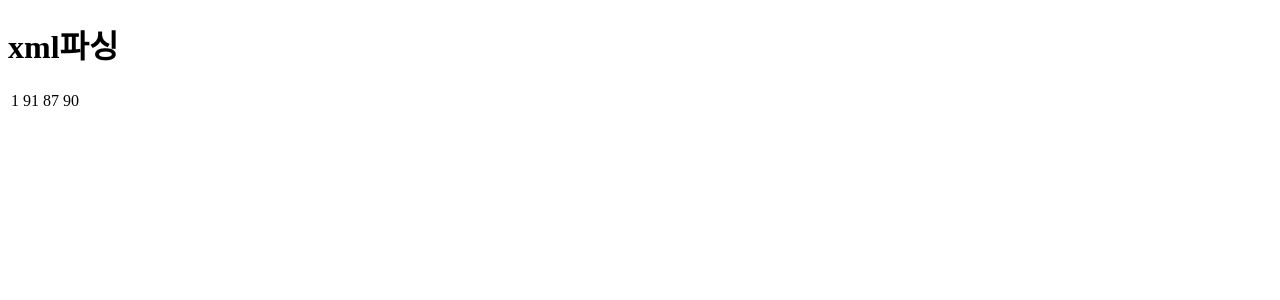
Repository: 2ket/workspace2
Page: web13/WebContent/ex01.html
These files come from the project's save history. The page is drawn as it stood at one moment and after the next save; the edit follows.
The browser window is 1280 px wide. The pictures show the whole page.

Above is the page before, as saved 2019-06-07 10:56:10.
Console error: TypeError: Cannot read properties of null (reading 'children')

After the next save:
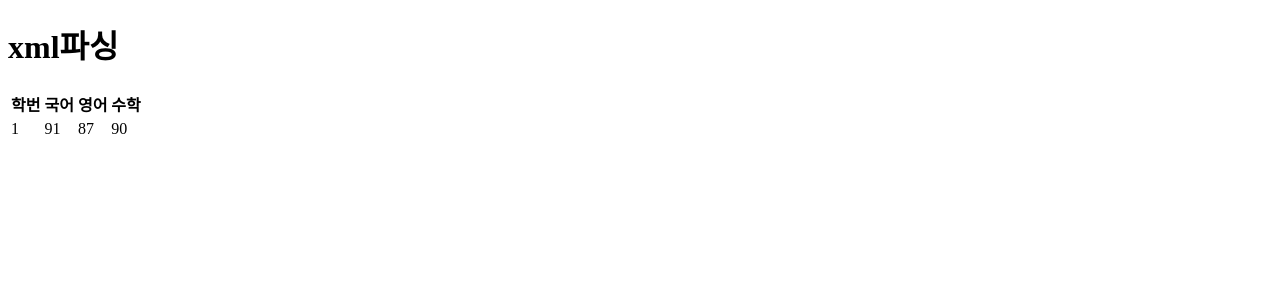
Saved 48 s later.
--- a/web13/WebContent/ex01.html
+++ b/web13/WebContent/ex01.html
@@ -47,7 +47,12 @@
 <body>
 	<h1>xml파싱</h1>
 	<table>
-
+		<tr>
+			<th>학번</th>
+			<th>국어</th>
+			<th>영어</th>
+			<th>수학</th>
+		</tr>
 	</table>
 </body>
 </html>
